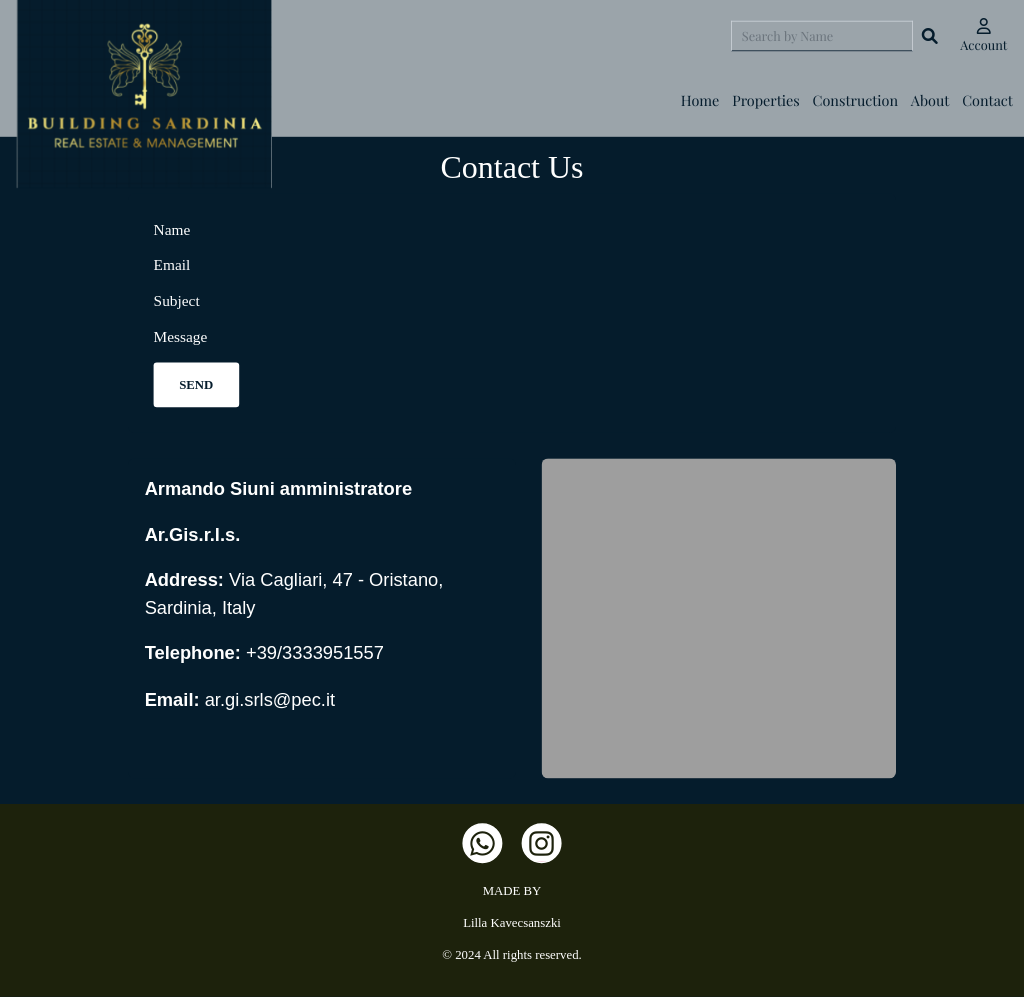
Repository: Lilla-Kavecsanszki/portfolio
Page: templates/contact.html
The author's editor kept a copy of each file at every save. The page is drawn from the files as they stood at one save, then again after the next save.
The browser window is 1280 px wide. The pictures show the whole page, at 80% of full size.
Pictures or frames that could not be fetched are drawn as grey boxes. Some web fonts or font styles are not loaded; a fallback is used. The template is drawn by Django 3.2. The application's start-up code is not run. The template is opened directly, without the code that normally fills it, so the values that code supplies are empty.

Above is the page before, as saved 2024-10-06 17:10:20.

After the next save:
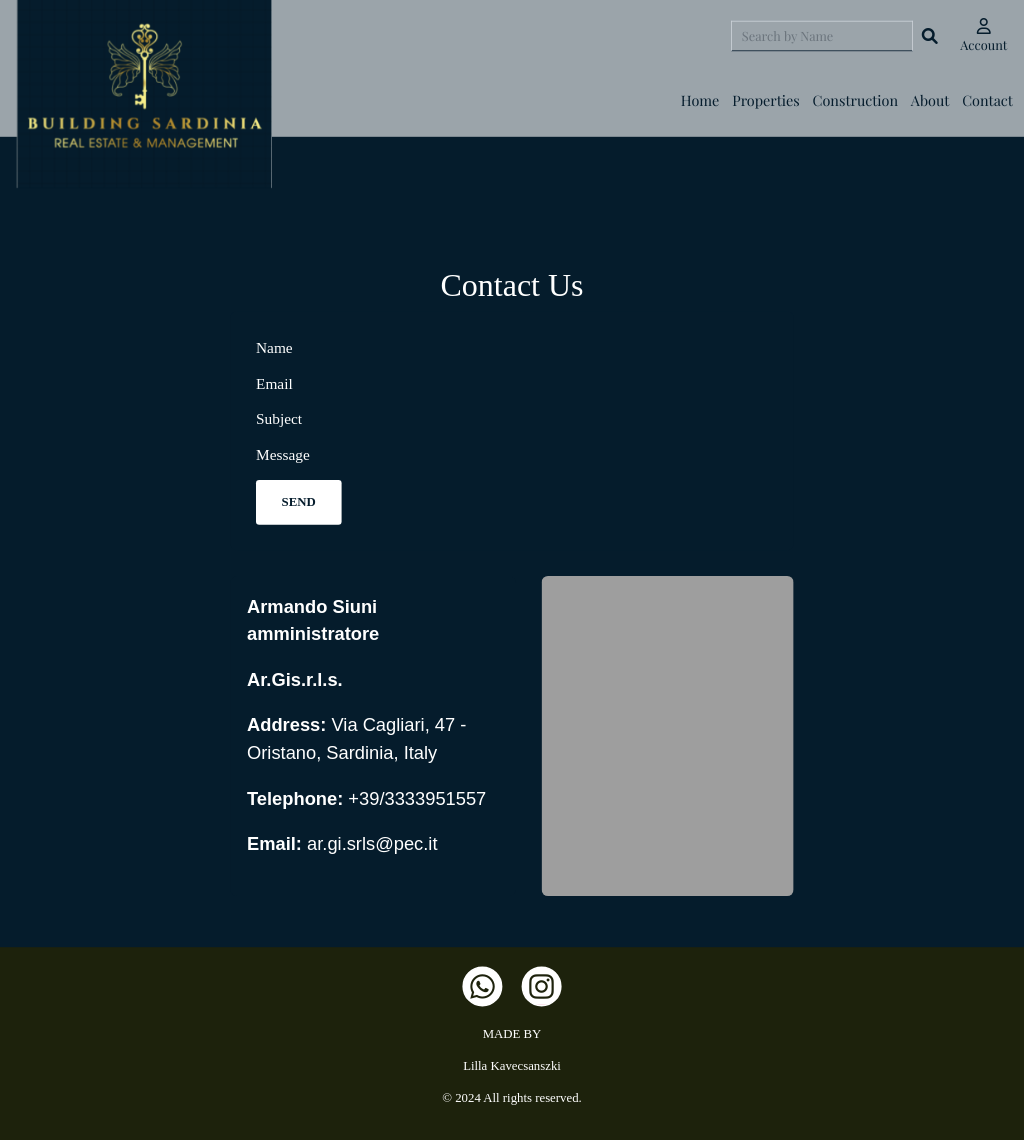
Saved 2 min 13 s later.
--- a/templates/contact.html
+++ b/templates/contact.html
@@ -9,7 +9,8 @@
 
 {% block content %}
 <div class="container">
-    <h1>{% trans "Contact Us" %}</h1>
+    <div class="container mirror-silver-background">
+        <h1>{% trans "Contact Us" %}</h1>
 
     <!-- Display form errors -->
     {% if form.errors %}

After the save that followed:
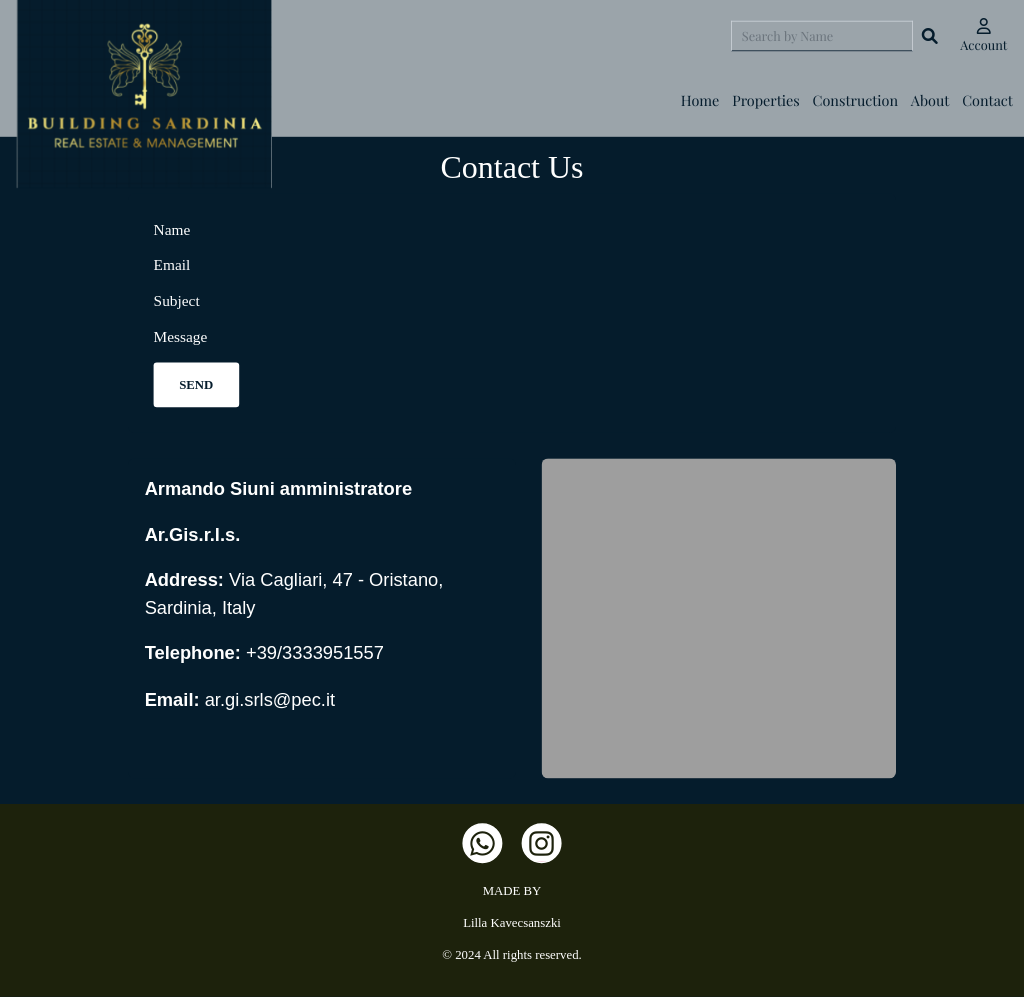
Saved 18 s later.
--- a/templates/contact.html
+++ b/templates/contact.html
@@ -9,7 +9,7 @@
 
 {% block content %}
 <div class="container">
-    <div class="container mirror-silver-background">
+    <div class="contact-container mirror-silver-background">
         <h1>{% trans "Contact Us" %}</h1>
 
     <!-- Display form errors -->
